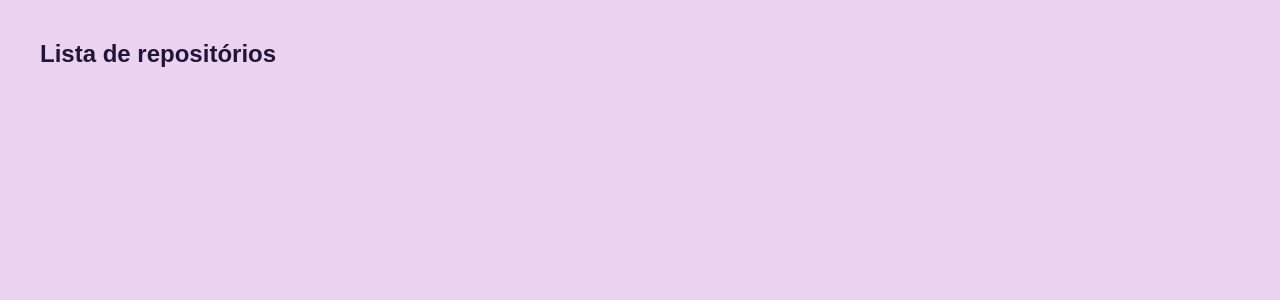
Repository: viniciusfg05/AnnotationReacts
Page: /
An editor plug-in stored every save of this project. The page is shown before and after the next save, followed by the edit.
The browser window is 1280 px wide. The pictures show the whole page.
The page's requests for data from a server got no answer. The project was rebuilt for these pictures with package versions that can differ from the ones it lists, and the page was loaded fresh each time. No one was signed in, and anything a server would have sent is missing. Also part of the build but not shown: webpack.config.js, src/components/RepositoryItens.tsx.

Above is the page before, as saved 2022-02-18 14:12:44.

After the next save:
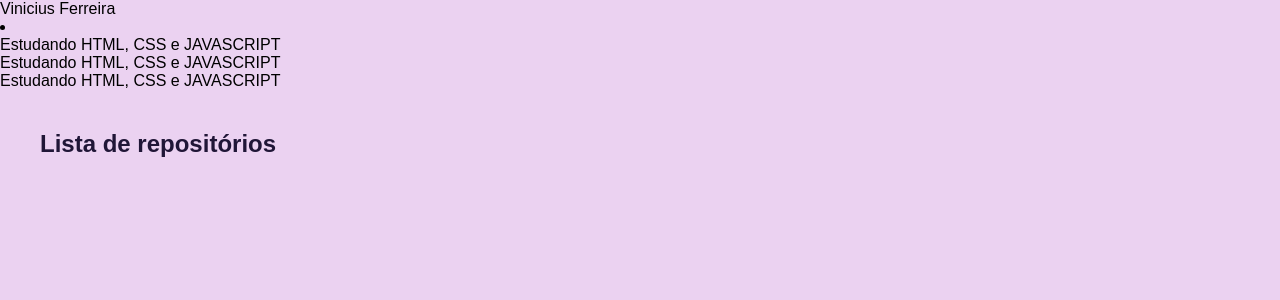
Saved 4 s later.
--- a/src/App.tsx
+++ b/src/App.tsx
@@ -6,6 +6,7 @@ import { Counter } from './components/Counter'
 export function App() {
   return (
     <>
+      <Profile />
       <RepositoryList />
       {/* <Counter /> */}
     </>
